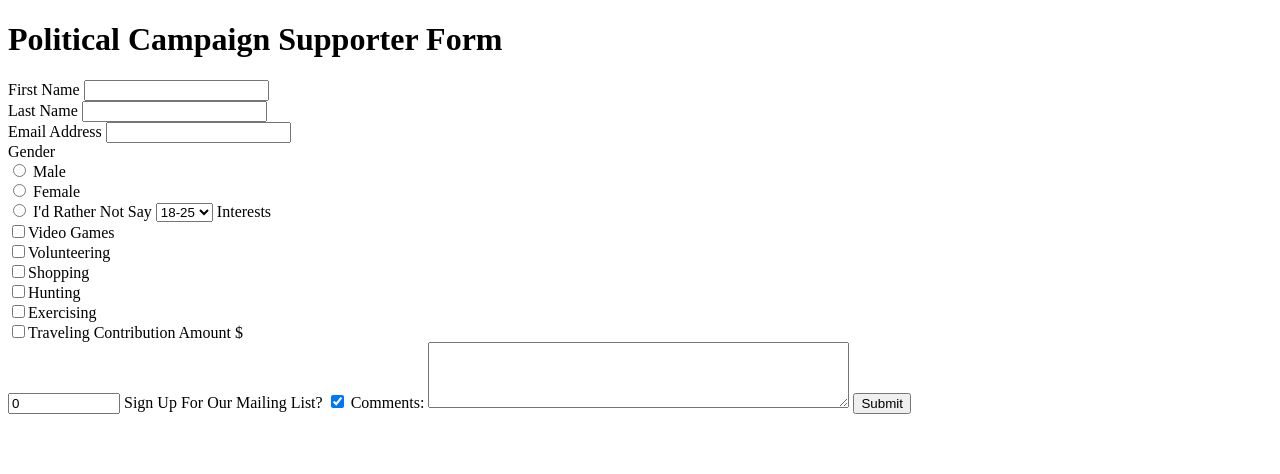
Repository: ryanaanderson0/COSW30
Page: Homework/Homework2/contact.html
The author's editor kept a record of every edit. The page is drawn from the files as they stood at one moment, then again after the next edit.
The browser window is 1280 px wide. The pictures show the whole page.

Above is the page before.

After the next edit:
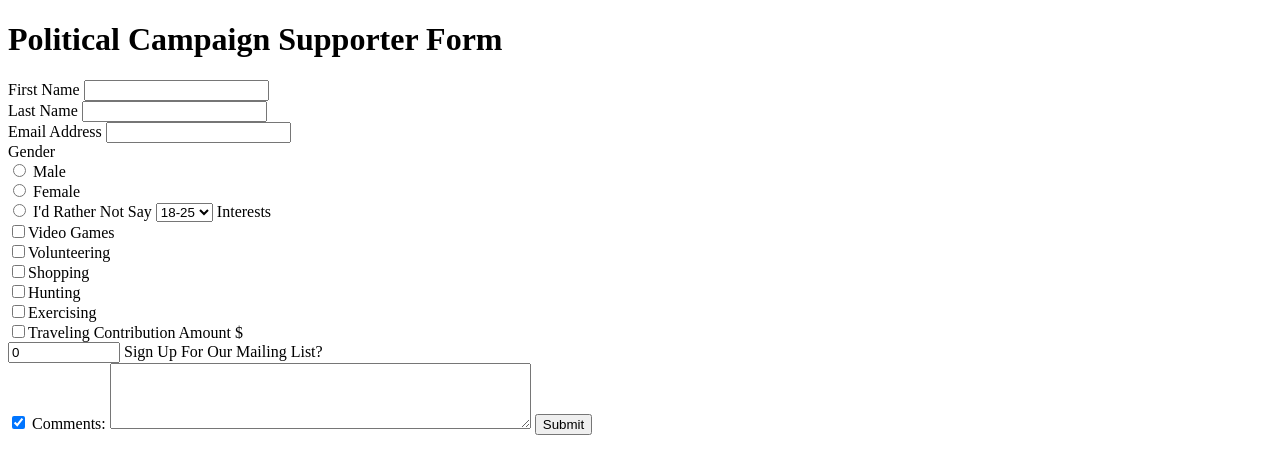
The edit:
--- a/Homework/Homework2/contact.html
+++ b/Homework/Homework2/contact.html
@@ -41,7 +41,7 @@
         <label>Contribution Amount $</label><br>
         <input type="number" id="contribution" name="quantity" min="0" max="100000000" value="0">
 
-        <label>Sign Up For Our Mailing List?</label>
+        <label>Sign Up For Our Mailing List?</label><br>
         <input type="checkbox" id="mailing_list" name="mailing_list" value="yes" checked>
 
         <label>Comments:</label>
